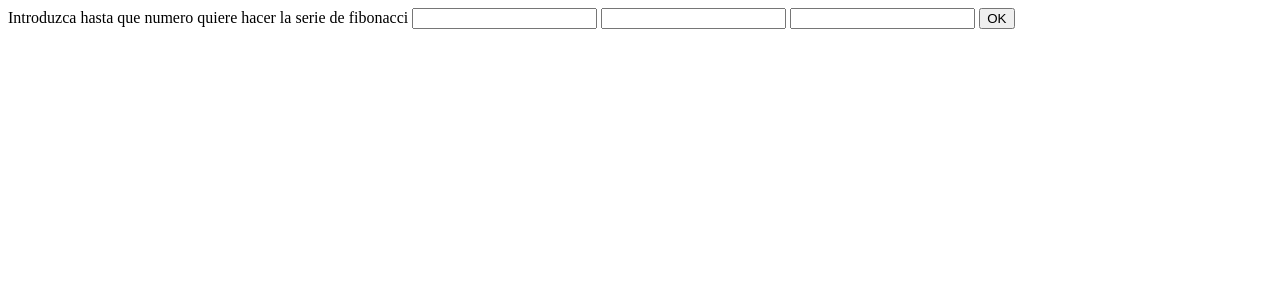
Repository: Matmart13/Acceso-a-Datos-2
Page: http://localhost/JSP1/Ejercicio5.jsp
The author's editor kept a copy of each file at every save. The page is drawn from the files as they stood at one save, then again after the next save.
The browser window is 1280 px wide. The pictures show the whole page.
The page is served by Tomcat 9.

Above is the page before, as saved 2023-01-30 14:41:47.

### JSP1/src/main/webapp/Ejercicio5.jsp
<%-- Ejercicio 5.jsp --%>
<%@page contentType="text/html" pageEncoding="UTF-8"%>
<!DOCTYPE html>
<html>
<head>
<meta http-equiv="Content-Type" content="text/html; charset=UTF-8">
</head>
<body>
<form method="get" action="resultadoEj1.jsp">
Introduzca hasta que numero quiere hacer la serie de fibonacci
<input type="text" name="numero1">
<input type="text" name="numero2">
<input type="text" name="numero3">
<input type="submit" value="OK">
</form>
</body>
</html>

After the next save:
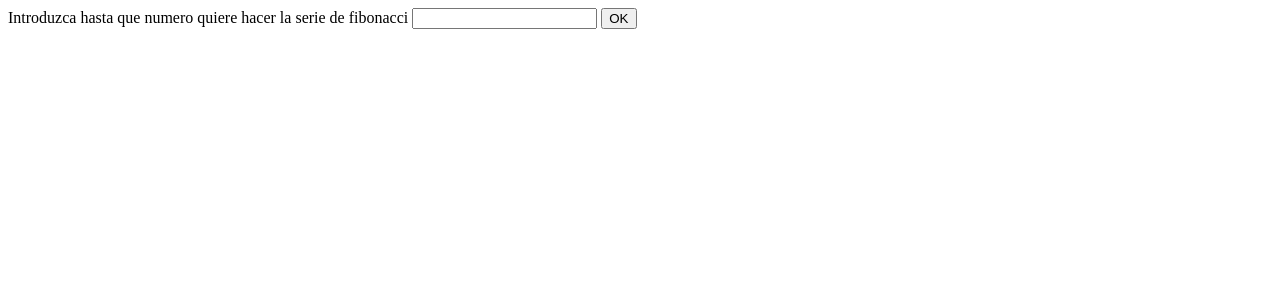
Saved 10 s later.
--- a/JSP1/src/main/webapp/Ejercicio5.jsp
+++ b/JSP1/src/main/webapp/Ejercicio5.jsp
@@ -9,8 +9,6 @@
 <form method="get" action="resultadoEj1.jsp">
 Introduzca hasta que numero quiere hacer la serie de fibonacci
 <input type="text" name="numero1">
-<input type="text" name="numero2">
-<input type="text" name="numero3">
 <input type="submit" value="OK">
 </form>
 </body>
